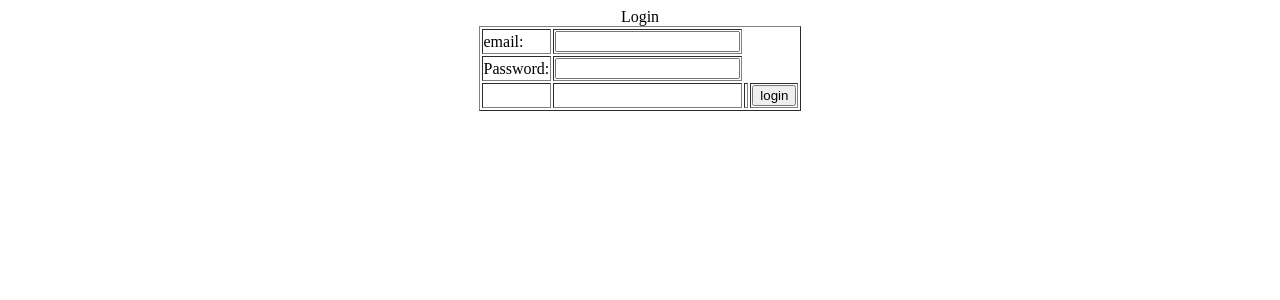
Repository: MorPhingG/JavaWeb
Page: http://localhost/Login/Login.jsp
These files come from the project's save history. The page is drawn as it stood at one moment and after the next save; the edit follows.
The browser window is 1280 px wide. The pictures show the whole page.
The page is served by Tomcat 9.

Above is the page before, as saved 2016-04-24 16:25:12.

After the next save:
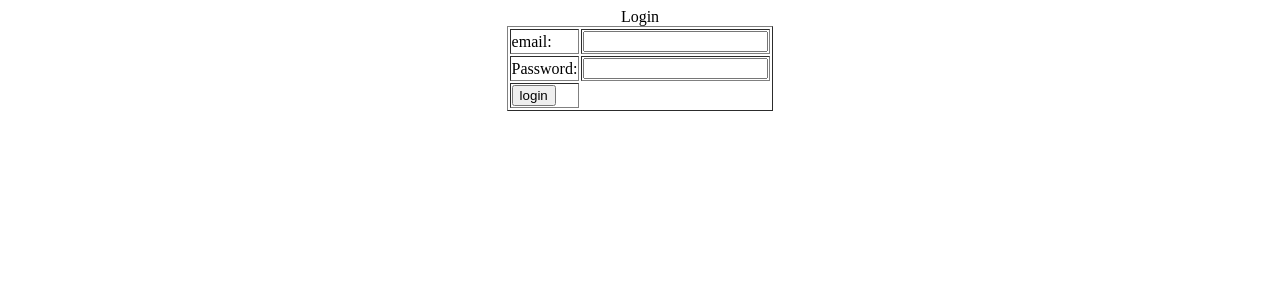
Saved 10 s later.
--- a/Login/WebContent/Login.jsp
+++ b/Login/WebContent/Login.jsp
@@ -35,9 +35,6 @@ String basePath = request.getScheme()+"://"+request.getServerName()+":"+request.
  		<TD>Password:</TD>
  		<TD><input type = "password" name = "password"></TD>
  	</TR>
- 	<TD></TD>
- 	<TD></TD>
- 	<TD></TD>
 	<TD>
  	<input type="submit" value="login"></TD>
  	</form>
